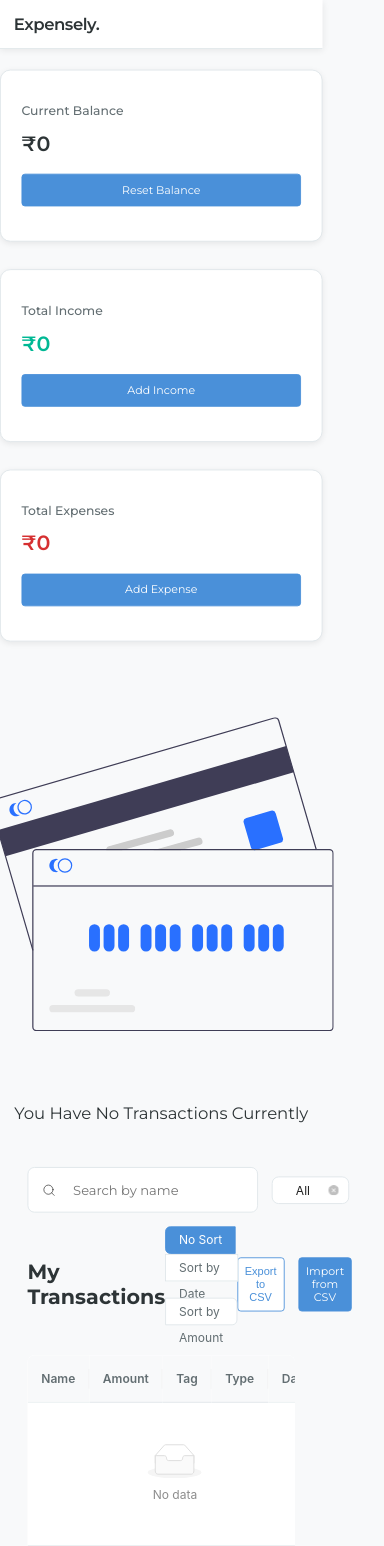
Repository: saisiriGullapalli/Expensely
Page: /dashboard (app in Expense-Tracker-main/Expense-Tracker-main/)
An editor plug-in stored every save of this project. The page is shown before and after the next save, followed by the edit.
The browser window is 375 px wide. The page is 409 px wide, then 447 px, so the pictures cover 447 px, including what lies to the right of the window. The pictures show the whole page, at 86% of full size.
The page's requests for data from a server got no answer. The project was rebuilt for these pictures with package versions that can differ from the ones it lists, and the page was loaded fresh each time. No one was signed in, and anything a server would have sent is missing. Also part of the build but not shown: Expense-Tracker-main/Expense-Tracker-main/src/App.css, Expense-Tracker-main/Expense-Tracker-main/src/components/Charts/index.js. Imported but missing from the stored project, and not drawn on this page: Expense-Tracker-main/Expense-Tracker-main/src/pages/Signup.

Above is the page before, as saved 2026-05-01 20:34:26.

### Expense-Tracker-main/Expense-Tracker-main/public/index.html
<!DOCTYPE html>
<html lang="en">
  <head>
    <meta charset="utf-8" />
    <link rel="icon" href="%PUBLIC_URL%/favicon.ico" />
    <meta name="viewport" content="width=device-width, initial-scale=1" />
    <meta name="theme-color" content="#000000" />
    <meta
      name="description"
      content="Web site created using create-react-app"
    />
    <link rel="apple-touch-icon" href="%PUBLIC_URL%/logo192.png" />
    <!--
      manifest.json provides metadata used when your web app is installed on a
      user's mobile device or desktop. See https://developers.google.com/web/fundamentals/web-app-manifest/
    -->
    <link rel="manifest" href="%PUBLIC_URL%/manifest.json" />
    <!--
      Notice the use of %PUBLIC_URL% in the tags above.
      It will be replaced with the URL of the `public` folder during the build.
      Only files inside the `public` folder can be referenced from the HTML.

      Unlike "/favicon.ico" or "favicon.ico", "%PUBLIC_URL%/favicon.ico" will
      work correctly both with client-side routing and a non-root public URL.
      Learn how to configure a non-root public URL by running `npm run build`.
    -->
    <title>Expencely- Your Personal Expense Tracker</title>
  </head>
  <body>
    <noscript>You need to enable JavaScript to run this app.</noscript>
    <div id="root"></div>
    <!--
      This HTML file is a template.
      If you open it directly in the browser, you will see an empty page.

      You can add webfonts, meta tags, or analytics to this file.
      The build step will place the bundled scripts into the <body> tag.

      To begin the development, run `npm start` or `yarn start`.
      To create a production bundle, use `npm run build` or `yarn build`.
    -->
  </body>
</html>

### Expense-Tracker-main/Expense-Tracker-main/src/index.css
@import url('https://fonts.googleapis.com/css2?family=Montserrat:ital,wght@0,100..900;1,100..900&display=swap');
:root{
  /* Clean & Minimal Light Theme Colors */
  --theme: #4a90d9;
  --primary: #4a90d9;
  --black:#2d3436;
  --white:#ffffff;
  --bg-light:#f8f9fa;
  --bg-card:#ffffff;
  --text-primary:#2d3436;
  --text-secondary:#636e72;
  --text-muted:#b2bec3;
  --border-light:#dfe6e9;
  --shadow:0 2px 8px rgba(0, 0, 0, 0.08);
  --shadow-hover:0 4px 12px rgba(0, 0, 0, 0.12);
  --success:#00b894;
  --danger:#d63031;
}

* {
  box-sizing: border-box;
}

 body {
  margin: 0;
  font-family: "Montserrat", sans-serif;
  -webkit-font-smoothing: antialiased;
  -moz-osx-font-smoothing: grayscale;
  background-color: var(--bg-light);
  color: var(--text-primary);
  min-height: 100vh;
}

input, select, textarea {
  font-family: "Montserrat", sans-serif;
}

/* Clean minimal input styles */
.custom-input {
  border: 1px solid var(--border-light);
  border-bottom: 1px solid var(--border-light);
  padding: 0.75rem 1rem;
  width: 100%;
  border-radius: 8px;
  background-color: var(--white);
  font-size: 0.95rem;
  transition: all 0.2s ease;
}

.custom-input:focus {
  outline: none;
  border-color: var(--theme);
  box-shadow: 0 0 0 3px rgba(74, 144, 217, 0.1);
  transition: all 0.2s ease;
}

.custom-input::placeholder {
  color: var(--text-muted);
}

/* Input with flex container */
.input-flex {
  display: flex;
  justify-content: flex-start;
  align-items: center;
  gap: 0.75rem;
  width: 100%;
  background-color: var(--white);
  border: 1px solid var(--border-light);
  border-radius: 8px;
  padding: 0.5rem 1rem;
  transition: all 0.2s ease;
}

.input-flex:focus-within {
  border-color: var(--theme);
  box-shadow: 0 0 0 3px rgba(74, 144, 217, 0.1);
}

.input-flex input {
  flex: 1;
  padding: 0.5rem;
  border: none;
  background: transparent;
  font-size: 0.95rem;
}

.input-flex input:focus {
  outline: none;
}

/* Select input */
.select-input {
  width: 30%;
  margin-right: 10px;
  display: flex;
  align-items: center;
  background-color: var(--white);
  border: 1px solid var(--border-light);
  border-radius: 8px;
  padding: 0.5rem 1rem;
}

.select-input > div {
  border: 0px solid transparent !important;
  width: 100%;
}

/* Table styles */
.ant-table {
  background: var(--white) !important;
  border-radius: 12px;
  overflow: hidden;
}

.ant-table-thead > tr > th {
  background: var(--bg-light) !important;
  color: var(--text-secondary) !important;
  font-weight: 600 !important;
  border-bottom: 1px solid var(--border-light) !important;
}

.ant-table-tbody > tr > td {
  border-bottom: 1px solid var(--border-light) !important;
}

.ant-table-tbody > tr:hover > td {
  background: var(--bg-light) !important;
}

/* Card styles */
.ant-card {
  background: var(--white) !important;
  border: 1px solid var(--border-light) !important;
  border-radius: 12px !important;
  box-shadow: var(--shadow) !important;
}

.ant-card:hover {
  box-shadow: var(--shadow-hover) !important;
  transition: all 0.2s ease;
}

/* Modal styles */
.ant-modal-content {
  border-radius: 16px !important;
  overflow: hidden;
}

.ant-modal-header {
  border-bottom: 1px solid var(--border-light) !important;
}

.ant-modal-title {
  color: var(--text-primary) !important;
  font-weight: 600 !important;
}

.ant-modal-close-x {
  color: var(--text-secondary) !important;
}

/* Button styles */
.ant-btn {
  border-radius: 8px !important;
  font-weight: 500 !important;
  transition: all 0.2s ease !important;
}

.ant-btn-primary {
  background: var(--theme) !important;
  border-color: var(--theme) !important;
}

.ant-btn-primary:hover {
  background: #3a7bc8 !important;
  border-color: #3a7bc8 !important;
}

.ant-btn-default {
  border-color: var(--border-light) !important;
  color: var(--text-primary) !important;
}

.ant-btn-default:hover {
  border-color: var(--theme) !important;
  color: var(--theme) !important;
}

/* Radio button styles */
.ant-radio-button-wrapper {
  border-color: var(--border-light) !important;
  color: var(--text-secondary) !important;
}

.ant-radio-button-wrapper-checked {
  background: var(--theme) !important;
  border-color: var(--theme) !important;
  color: var(--white) !important;
}

/* Scrollbar styling */
::-webkit-scrollbar {
  width: 8px;
}

::-webkit-scrollbar-track {
  background: var(--bg-light);
}

::-webkit-scrollbar-thumb {
  background: var(--border-light);
  border-radius: 4px;
}

::-webkit-scrollbar-thumb:hover {
  background: var(--text-muted);
}

### Expense-Tracker-main/Expense-Tracker-main/src/App.js
import './App.css';
import Header from "./components/Header";
import { BrowserRouter as Router, Route, Routes} from "react-router-dom";
import Signup from "./pages/Signup";
import Dashboard from './pages/Dashboard';
import { ToastContainer, toast } from "react-toastify";
import "react-toastify/dist/ReactToastify.css";


function App() {
  return(
    <>
    <ToastContainer />
    <Router>
      <Routes>
        <Route path="/" element={<Signup />} />
        <Route path="/dashboard" element={<Dashboard />} />
      </Routes>
    </Router>
  </>
  );
}

export default App;

### Expense-Tracker-main/Expense-Tracker-main/src/components/Header/index.js
import React, { useEffect } from "react";
import "./styles.css";
import {auth} from "../../firebase";
import { useAuthState } from 'react-firebase-hooks/auth';
import { useNavigate } from "react-router-dom";
import { signOut } from "firebase/auth";
import { toast } from "react-toastify";
import userImg from "../../assets/user.svg";
function Header() {
    const [user, loading] = useAuthState(auth);
    const navigate = useNavigate();

    useEffect(()=>{
        if(user){
            navigate("/dashboard");
        }
    },[user, loading]);
    function logoutFnc() {
        try{
            signOut(auth)
            .then(() => {
                // Sign-out successful.
                toast.success("Logged out Successfully!");
                navigate("/");
              }).catch((error) => {
                toast.error(error.message);
                // An error happened.
              });

        }catch(e){
            toast.error(e.message)
        }

    }

  return (
   <div className="navbar">
    <p className="logo">Expensely.</p>
    {user && (
      <div style={{display: "flex", alignItems: "center", gap: "0.75rem"}}>
        <img
          src={user.photoURL ? user.photoURL : userImg}
          style={{ borderRadius: "50%", height:"2rem", width:"2rem"}}
        />
    <p className="link" onClick={logoutFnc}>
        Logout
        </p>
      </div>
    )}
  </div>
  );
}

export default Header;

### Expense-Tracker-main/Expense-Tracker-main/src/pages/Dashboard.js
import React, { useEffect, useState } from 'react';
import Header from '../components/Header';
import Cards from '../components/Cards';
import AddExpenseModal from '../components/Modals/addExpense';
import AddIncomeModal from '../components/Modals/addIncome';
import { addDoc, collection, query, getDocs } from 'firebase/firestore'; // Import query and getDocs
import { auth, db } from "../firebase";
import { useAuthState } from "react-firebase-hooks/auth";
import { toast } from 'react-toastify';
import moment from "moment";
import TransactionsTable from '../components/TransactionsTable';
import ChartComponent from '../components/Charts';
import NoTransactions from '../components/NoTransactions';

function Dashboard() {
  const [transactions, setTransactions] = useState([]);
  const [loading, setLoading] = useState(false);
  const [user] = useAuthState(auth);
  const [isExpenseModalVisible, setIsExpenseModalVisible] = useState(false);
  const [isIncomeModalVisible, setIsIncomeModalVisible] = useState(false);

  const [income, setIncome] = useState(0);
  const [expenses, setExpenses] = useState(0);
  const [totalBalance, setTotalBalance] = useState(0);

  const showExpenseModal = () => {
    setIsExpenseModalVisible(true);
  };

  const showIncomeModal = () => {
    setIsIncomeModalVisible(true);
  };

  const handleExpenseCancel = () => {
    setIsExpenseModalVisible(false);
  };

  const handleIncomeCancel = () => {
    setIsIncomeModalVisible(false);
  };

  const onFinish = (values, type) => {
    const newTransaction = {
      type: type,
      date: values.date.format("YYYY-MM-DD"),
      amount: parseFloat(values.amount),
      tag: values.tag,
      name: values.name,
    };

    addTransaction(newTransaction);
  };

  async function addTransaction(transaction, many) { // Removed 'many' parameter
    try {
      const docRef = await addDoc(
        collection(db, `users/${user.uid}/transactions`),
        transaction
      );
      console.log("Document written with ID: ", docRef.id);
      if (!many) toast.success("Transaction Added!");
      let newArr = transactions;
      newArr.push(transaction);
      setTransactions(newArr);
      calculateBalance();
    } catch (e) {
      console.error("Error adding document: ", e);
      if (!many) toast.error("Couldn't add transaction");
    }
  }

  useEffect(() => {
    if (user) {
      fetchTransactions(); // Fetch transactions if the user is available
    }
  }, [user]); // Added 'user' to dependency array

  useEffect(() => {
    calculateBalance();
  }, [transactions] );

  const calculateBalance = () => {
    let incomeTotal = 0;
    let expensesTotal = 0;

    transactions.forEach((transaction) => {
      if (transaction.type === "income") {
        incomeTotal += transaction.amount;
      } else {
        expensesTotal += transaction.amount;
      }
    });

    setIncome(incomeTotal);
    setExpenses(expensesTotal);
    setTotalBalance(incomeTotal - expensesTotal);
  };

  async function fetchTransactions() {
    setLoading(true);
    if (user) {
      const q = query(collection(db, `users/${user.uid}/transactions`));
      const querySnapshot = await getDocs(q);
      let transactionsArray = [];
      querySnapshot.forEach((doc) => {
        transactionsArray.push(doc.data());
      });
      setTransactions(transactionsArray);
      console.log("Transactions Array",transactionsArray);
      toast.success("Transactions Fetched!");
    }
    setLoading(false);
  }

  let sortedTransactions= transactions.sort((a, b) => {
    return new Date(a.date) - new Date(b.date);
  })

  return (
    <div>
      <Header />

      {loading ? (
        <p>Loading...</p>
      ) : (
        <>
          <Cards
            income={income}
            expenses={expenses}
            totalBalance={totalBalance}
            showExpenseModal={showExpenseModal}
            showIncomeModal={showIncomeModal}
          />
          {transactions && transactions.length!=0?(
            <ChartComponent sortedTransactions={sortedTransactions} />
          ) : (
             <NoTransactions />
          )}
          <AddExpenseModal
            isExpenseModalVisible={isExpenseModalVisible}
            handleExpenseCancel={handleExpenseCancel}
            onFinish={onFinish}
          />

          <AddIncomeModal
            isIncomeModalVisible={isIncomeModalVisible}
            handleIncomeCancel={handleIncomeCancel}
            onFinish={onFinish}
          />
        <TransactionsTable
          transactions={transactions}
          addTransaction={addTransaction}
          fetchTransactions={fetchTransactions}
         />
        </>
      )}
    </div>
  );
}

export default Dashboard;

### Expense-Tracker-main/Expense-Tracker-main/src/components/Header/styles.css
.navbar {
    background-color: var(--white);
    padding: 1rem 2rem;
    position: sticky;
    top: 0;
    left: 0;
    display: flex;
    justify-content: space-between;
    align-items: center;
    z-index: 1000;
    box-shadow: var(--shadow);
    border-bottom: 1px solid var(--border-light);
}

.logo {
    color: var(--text-primary);
    font-weight: 600;
    font-size: 1.4rem;
    margin: 0;
    letter-spacing: -0.5px;
}

.link {
    color: var(--text-secondary);
    cursor: pointer;
    font-weight: 500;
    font-size: 0.9rem;
    transition: all 0.2s ease;
}

.link:hover {
    color: var(--theme);
    transition: all 0.2s ease;
}

/* User info in navbar */
.navbar > div {
    display: flex;
    align-items: center;
    gap: 1rem;
}

.navbar img {
    border-radius: 50%;
    height: 2.2rem;
    width: 2.2rem;
    border: 2px solid var(--border-light);
    transition: all 0.2s ease;
}

.navbar img:hover {
    border-color: var(--theme);
    transition: all 0.2s ease;
}

/* Responsive */
@media (max-width: 768px) {
    .navbar {
        padding: 1rem;
    }

    .logo {
        font-size: 1.2rem;
    }
}

### Expense-Tracker-main/Expense-Tracker-main/src/firebase.js
// Import the functions you need from the SDKs you need
import { initializeApp } from "firebase/app";
import { getAnalytics } from "firebase/analytics";
import {getAuth, GoogleAuthProvider} from "firebase/auth";
import {getFirestore, doc, setDoc } from "firebase/firestore";

// Your web app's Firebase configuration
// For Firebase JS SDK v7.20.0 and later, measurementId is optional
const firebaseConfig = {
  apiKey: "AIzaSyDUJ62KfCFVoG-9g0lKuuuFtI8Y30Jw-5A",
  authDomain: "expencely.firebaseapp.com",
  projectId: "expencely",
  storageBucket: "expencely.appspot.com",
  messagingSenderId: "715174385787",
  appId: "1:715174385787:web:bbe34fa3be57e9209f2ade",
  measurementId: "G-6LSGDKC97D"
};

// Initialize Firebase
const app = initializeApp(firebaseConfig);
const analytics = getAnalytics(app);
const db = getFirestore(app);
const auth = getAuth(app);
const provider = new GoogleAuthProvider();
export { db, auth, provider, doc, setDoc };

### Expense-Tracker-main/Expense-Tracker-main/src/components/Cards/index.js
import React from 'react';
import "./styles.css";
import {Card, Row } from "antd";
import Button from '../Button';

function Cards({
    income,
    expenses,
    totalBalance,
    showExpenseModal,
    showIncomeModal,
}) {
  return (
   <div>
        <Row className='my-row'>
            <Card  bordered = {true} className = "my-card" >
                <h2>Current Balance</h2>
                <p>₹{totalBalance}</p>
                <Button text="Reset Balance" blue={true}/>
                </Card>

                <Card bordered = {true} className = "my-card">
                <h2>Total Income</h2>
                <p>₹{income}</p>
                <Button text="Add Income" blue={true} onClick={showIncomeModal}/>
                </Card>


                <Card bordered = {true} className = "my-card">
                <h2>Total Expenses</h2>
                <p>₹{expenses}</p>
                <Button text="Add Expense" blue={true} onClick={showExpenseModal}/>
                </Card>
        </Row>
    </div>

    );
}
export default Cards;

### Expense-Tracker-main/Expense-Tracker-main/src/components/Modals/addExpense.js
import React from "react";
import {  Button,Modal,Form,Input,DatePicker,Select} from "antd";
function AddExpenseModal({
  isExpenseModalVisible,
  handleExpenseCancel,
  onFinish,
}) {
  const [form] = Form.useForm();
  return (
    <Modal
      style={{ fontWeight: 600 }}
      title="Add Expense"
      visible={isExpenseModalVisible}
      onCancel={handleExpenseCancel}
      footer={null}
    >
      <Form
        form={form}
        layout="vertical"
        onFinish={(values) => {
          onFinish(values, "expense");
          form.resetFields();
        }}
      >
        <Form.Item
          style={{ fontWeight: 600 }}
          label="Name"
          name="name"
          rules={[
            {
              required: true,
              message: "Please input the name of the transaction!",
            },
          ]}
        >
          <Input type="text" className="custom-input" />
        </Form.Item>
        <Form.Item
          style={{ fontWeight: 600 }}
          label="Amount"
          name="amount"
          rules={[
            { required: true, message: "Please input the expense amount!" },
          ]}
        >
          <Input type="number" className="custom-input" />
        </Form.Item>
        <Form.Item
          style={{ fontWeight: 600 }}
          label="Date"
          name="date"
          rules={[
            { required: true, message: "Please select the expense date!" },
          ]}
        >
          <DatePicker className="custom-input" format="YYYY-MM-DD" />
        </Form.Item>
        <Form.Item
          label="Tag"
          name="tag"
          style={{ fontWeight: 600 }}
          rules={[{ required: true, message: "Please select a tag!" }]}
        >
          <Select className="select-input-2">
            <Select.Option value="food">Food</Select.Option>
            <Select.Option value="education">Education</Select.Option>
            <Select.Option value="office">Office</Select.Option>
            {/* Add more tags here */}
          </Select>
        </Form.Item>
        <Form.Item>
          <Button className="btn btn-blue" type="primary" htmlType="submit">
            Add Expense
          </Button>
        </Form.Item>
      </Form>
    </Modal>
  );
}

export default AddExpenseModal;

### Expense-Tracker-main/Expense-Tracker-main/src/components/Modals/addIncome.js
import React from "react";
import {Button,Modal,Form,Input,DatePicker,Select} from "antd";

function AddIncomeModal({
  isIncomeModalVisible,
  handleIncomeCancel,
  onFinish,
}) {
  const [form] = Form.useForm();
  return (
    <Modal
      style={{ fontWeight: 600 }}
      title="Add Income"
      visible={isIncomeModalVisible}
      onCancel={handleIncomeCancel}
      footer={null}
    >
      <Form
        form={form}
        layout="vertical"
        onFinish={(values) => {
          onFinish(values, "income");
          form.resetFields();
        }}
      >
        <Form.Item
          style={{ fontWeight: 600 }}
          label="Name"
          name="name"
          rules={[
            {
              required: true,
              message: "Please input the name of the transaction!",
            },
          ]}
        >
          <Input type="text" className="custom-input" />
        </Form.Item>
        <Form.Item
          style={{ fontWeight: 600 }}
          label="Amount"
          name="amount"
          rules={[
            { required: true, message: "Please input the income amount!" },
          ]}
        >
          <Input type="number" className="custom-input" />
        </Form.Item>
        <Form.Item
          style={{ fontWeight: 600 }}
          label="Date"
          name="date"
          rules={[
            { required: true, message: "Please select the income date!" },
          ]}
        >
          <DatePicker format="YYYY-MM-DD" className="custom-input" />
        </Form.Item>
        <Form.Item
          style={{ fontWeight: 600 }}
          label="Tag"
          name="tag"
          rules={[{ required: true, message: "Please select a tag!" }]}
        >
          <Select className="select-input-2">
            <Select.Option value="salary">Salary</Select.Option>
            <Select.Option value="freelance">Freelance</Select.Option>
            <Select.Option value="investment">Investment</Select.Option>
            {/* Add more tags here */}
          </Select>
        </Form.Item>
        <Form.Item>
          <Button className="btn btn-blue" type="primary" htmlType="submit">
            Add Income
          </Button>
        </Form.Item>
      </Form>
    </Modal>
  );
}

export default AddIncomeModal;

### Expense-Tracker-main/Expense-Tracker-main/src/components/NoTransactions.js
import React from "react";
import transactions from "../assets/transactions.svg";
function NoTransactions() {
return (
<div
    style={{
        display: "flex",
        justifyContent: "center",
        alignItems: "center",
        width: "100%",
        flexDirection: "column",
        marginBottom: "2rem",
    }}
    >
        <img src={transactions} style={{width: "400px", margin: "4rem"}} />
        <p style={{ textAlign: "center", fontSize: "1.2rem"}}>
            You Have No Transactions Currently
        </p>
        </div>
);
}

export default NoTransactions;

### Expense-Tracker-main/Expense-Tracker-main/src/components/Cards/styles.css
.my-card {
    box-shadow: var(--shadow);
    margin: 1rem;
    border-radius: 12px;
    min-width: 280px;
    flex: 1;
    font-family: "Montserrat", sans-serif !important;
    background-color: var(--white);
    border: 1px solid var(--border-light);
    transition: all 0.2s ease;
}

.my-card:hover {
    box-shadow: var(--shadow-hover);
    transform: translateY(-2px);
    transition: all 0.2s ease;
}

.ant-card-head-title {
    margin: 0rem !important;
    font-weight: 600;
    color: var(--text-secondary);
}

.my-card h2 {
    font-size: 0.9rem;
    color: var(--text-secondary);
    margin-bottom: 0.5rem;
    font-weight: 500;
}

.my-card p {
    font-size: 1.5rem;
    font-weight: 600;
    color: var(--text-primary);
    margin: 0;
}

.my-row {
    display: flex;
    justify-content: space-between;
    align-items: stretch;
    margin: 2rem auto;
    flex-wrap: wrap;
    gap: 1rem;
}

/* Card specific colors */
.my-card:first-child p {
    color: var(--text-primary);
}

.my-card:nth-child(2) p {
    color: var(--success);
}

.my-card:nth-child(3) p {
    color: var(--danger);
}

/* Responsive */
@media (max-width: 768px) {
    .my-card {
        min-width: 100%;
        margin: 0.5rem 0;
    }

    .my-row {
        margin: 1rem auto;
        flex-direction: column;
    }
}

### Expense-Tracker-main/Expense-Tracker-main/src/components/Button/index.js
import React from 'react'
import "./styles.css";
function Button({text, onClick, blue, disabled}) {
  return (
    <div className={blue ? "btn btn-blue" : "btn"} onClick={onClick}>
        {text}
    </div>
  );
}

export default Button;

### Expense-Tracker-main/Expense-Tracker-main/src/components/Button/styles.css
.btn {
    color: var(--theme);
    text-align: center;
    margin: 1rem 0rem;
    font-size: 0.8rem;
    padding: 0.5rem !important;
    background-color: #fff;
    border: 1px solid var(--theme);
    border-radius: 0.25rem;
    cursor: pointer;
    display: flex !important;
    align-items: center;
    justify-content: center;
    height: auto !important;
}

.btn:hover {
    background-color: var(--theme);
    color: #fff;
    transition: all 0.3s;
}

.btn-blue {
    background-color: var(--theme);
    color: #fff;
}

.btn-blue:hover {
    background-color: #fff !important;
    color: var(--theme) !important;
    transition: all 0.3s;
}

Loaded but not shown: Expense-Tracker-main/Expense-Tracker-main/src/index.js (common file); Expense-Tracker-main/Expense-Tracker-main/src/components/TransactionsTable/index.js (188 lines, source omitted)

After the next save:
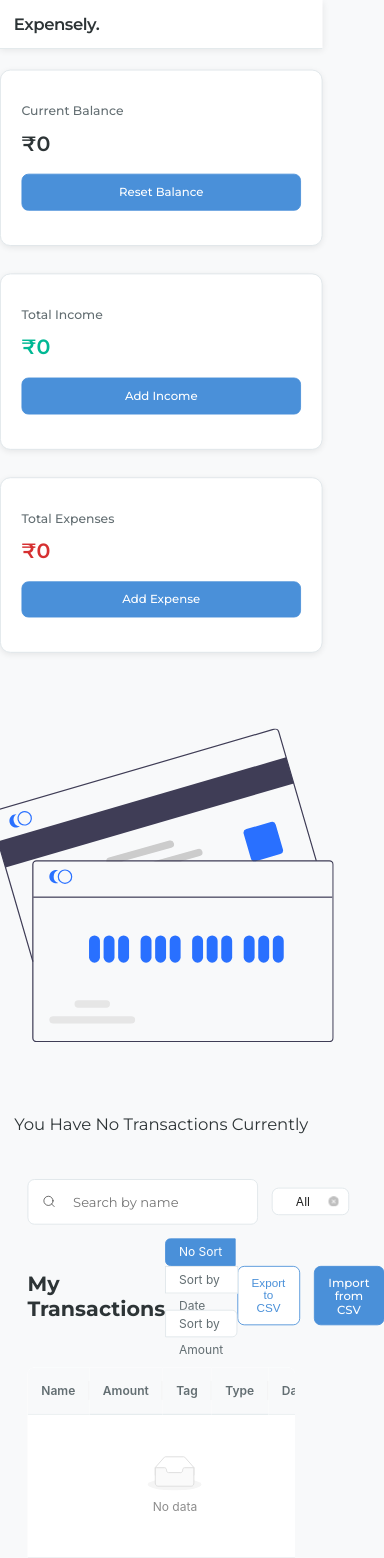
Saved 9 s later.
--- a/Expense-Tracker-main/Expense-Tracker-main/src/components/Button/styles.css
+++ b/Expense-Tracker-main/Expense-Tracker-main/src/components/Button/styles.css
@@ -2,31 +2,68 @@
     color: var(--theme);
     text-align: center;
     margin: 1rem 0rem;
-    font-size: 0.8rem;
-    padding: 0.5rem !important;
-    background-color: #fff;
+    font-size: 0.9rem;
+    padding: 0.75rem 1.5rem !important;
+    background-color: var(--white);
     border: 1px solid var(--theme);
-    border-radius: 0.25rem;
+    border-radius: 8px;
     cursor: pointer;
     display: flex !important;
     align-items: center;
     justify-content: center;
     height: auto !important;
+    font-weight: 500;
+    transition: all 0.2s ease;
 }
 
 .btn:hover {
     background-color: var(--theme);
-    color: #fff;
-    transition: all 0.3s;
+    color: var(--white);
+    transform: translateY(-1px);
+    transition: all 0.2s ease;
+}
+
+.btn:disabled {
+    opacity: 0.6;
+    cursor: not-allowed;
+}
+
+.btn:disabled:hover {
+    background-color: var(--white);
+    color: var(--theme);
+    transform: none;
 }
 
 .btn-blue {
     background-color: var(--theme);
-    color: #fff;
+    color: var(--white);
+    border-color: var(--theme);
 }
 
 .btn-blue:hover {
-    background-color: #fff !important;
-    color: var(--theme) !important;
-    transition: all 0.3s;
+    background-color: #3a7bc8 !important;
+    color: var(--white) !important;
+    border-color: #3a7bc8 !important;
+    transform: translateY(-1px);
+    transition: all 0.2s ease;
 }
+
+.btn-blue:disabled {
+    opacity: 0.6;
+    cursor: not-allowed;
+}
+
+.btn-blue:disabled:hover {
+    background-color: var(--theme) !important;
+    color: var(--white) !important;
+    border-color: var(--theme) !important;
+    transform: none;
+}
+
+/* Responsive */
+@media (max-width: 480px) {
+    .btn {
+        padding: 0.6rem 1rem !important;
+        font-size: 0.85rem;
+    }
+}
